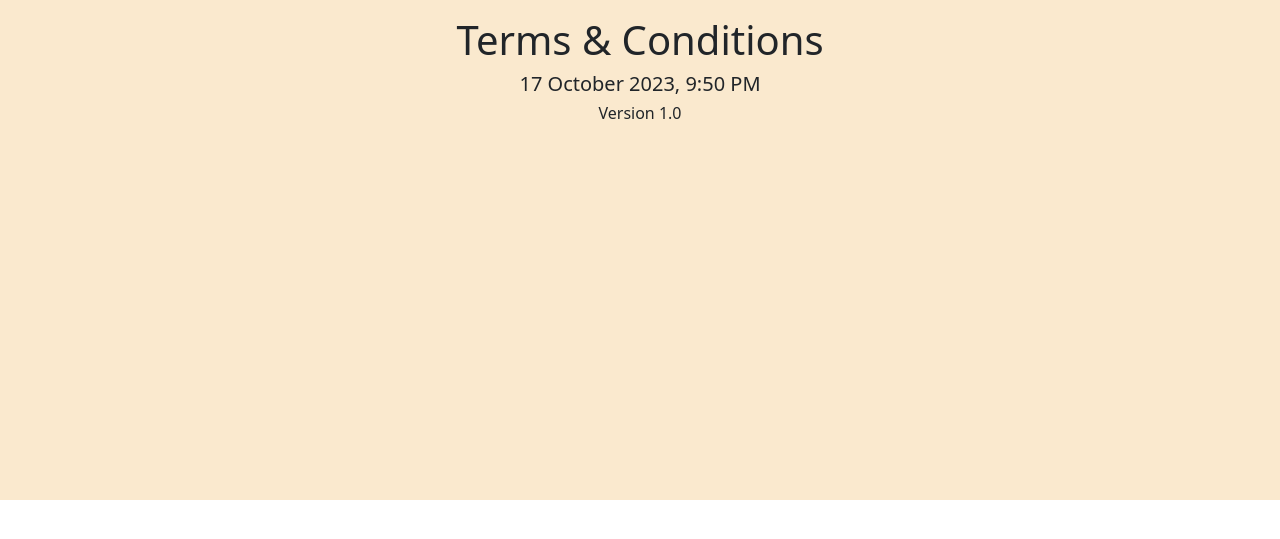
Repository: injectGroup/github.io
Page: terms.html
An editor plug-in stored every save of this project. The page is shown before and after the next save, followed by the edit.
The browser window is 1280 px wide. The pictures show the whole page.

Above is the page before, as saved 2023-11-29 12:50:32.

### terms.html
<!doctype html>
<html lang="en">

<head>
    <meta charset="utf-8">
    <meta name="viewport" content="width=device-width, initial-scale=1">
    <title>Bootstrap demo</title>
    <!-- GOULD CUSTOM CSS-->
    <link rel="stylesheet" href="/gouldwalletlegal/css/gouldcustom.css">
    <!--- BOOTSTRAP CDN -->
    <link href="https://cdn.jsdelivr.net/npm/bootstrap@5.3.2/dist/css/bootstrap.min.css" rel="stylesheet"
        integrity="sha384-T3c6CoIi6uLrA9TneNEoa7RxnatzjcDSCmG1MXxSR1GAsXEV/Dwwykc2MPK8M2HN" crossorigin="anonymous">
</head>

<body>
    <!-- Content here -->
    <div class="container-fluid text-center terms-content">
        <div class="row align-items-center">
            <div class="col align-self-center">
                <h1 class="text-center">
                    Terms & Conditions
                </h1>
                <h5 class="version-date">
                    17 October 2023, 9:50 PM
                </h5>
                <h6 class="version">
                    Version <span class="version-number">1.0</span>
                </h6>
            </div>
        </div>
    </div>
    <!-- BOOTSTRAP JS-->
    <script src="https://cdn.jsdelivr.net/npm/bootstrap@5.3.2/dist/js/bootstrap.bundle.min.js"
        integrity="sha384-C6RzsynM9kWDrMNeT87bh95OGNyZPhcTNXj1NW7RuBCsyN/o0jlpcV8Qyq46cDfL"
        crossorigin="anonymous"></script>
</body>

</html>

### gouldwalletlegal/css/gouldcustom.css
/*
 *AUTHOR: Abdulkadir Mohammed @ Inject
 *DATE: Wed 29 November 2023
  *
 *This is a custom css for gould wallet.
 */
/*****************************
 *********** HEAD ***********
 *****************************/
.terms-content {
    background-color: #FAE9CE;
    padding: 16px 0px 16px 0px;
    height: 500px;
    width: 100%;
    padding-right: 15px;
    padding-left: 15px;
    margin-right: auto;
    margin-left: auto;
    display: block;
    box-sizing: border-box;
}


/*****************************
  *********** BODY ***********
 *****************************/

/*****************************
 *********** FOOTER ***********
*****************************/

After the next save:
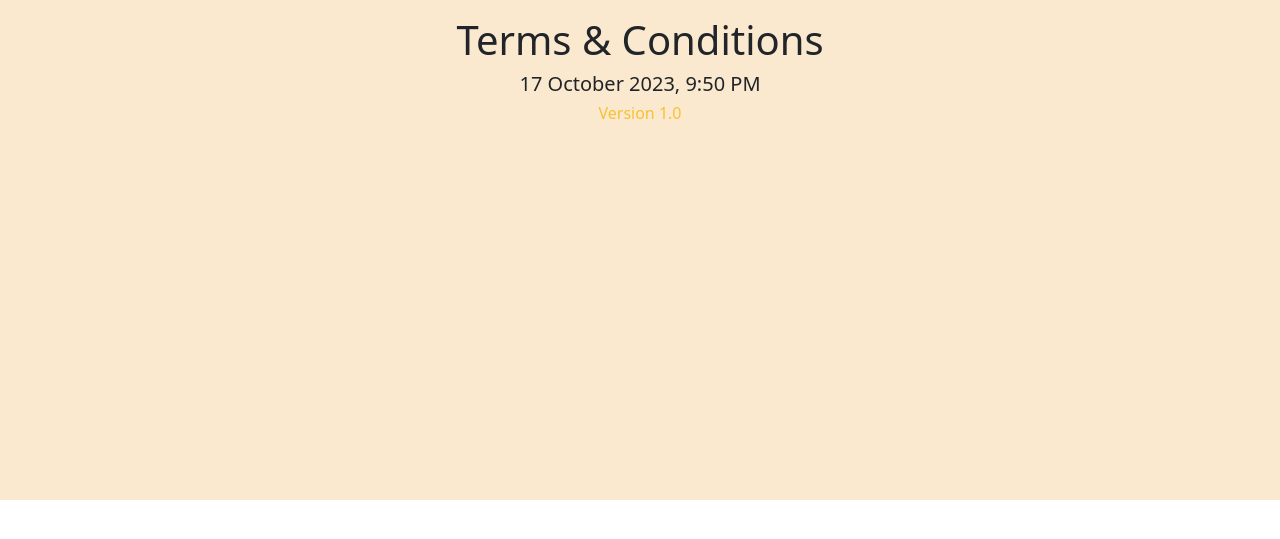
Saved 38 s later.
--- a/gouldwalletlegal/css/gouldcustom.css
+++ b/gouldwalletlegal/css/gouldcustom.css
@@ -20,6 +20,12 @@
     box-sizing: border-box;
 }
 
+.version {
+    color: #F7C132;
+}
+
+.version-number {}
+
 
 /*****************************
   *********** BODY ***********
